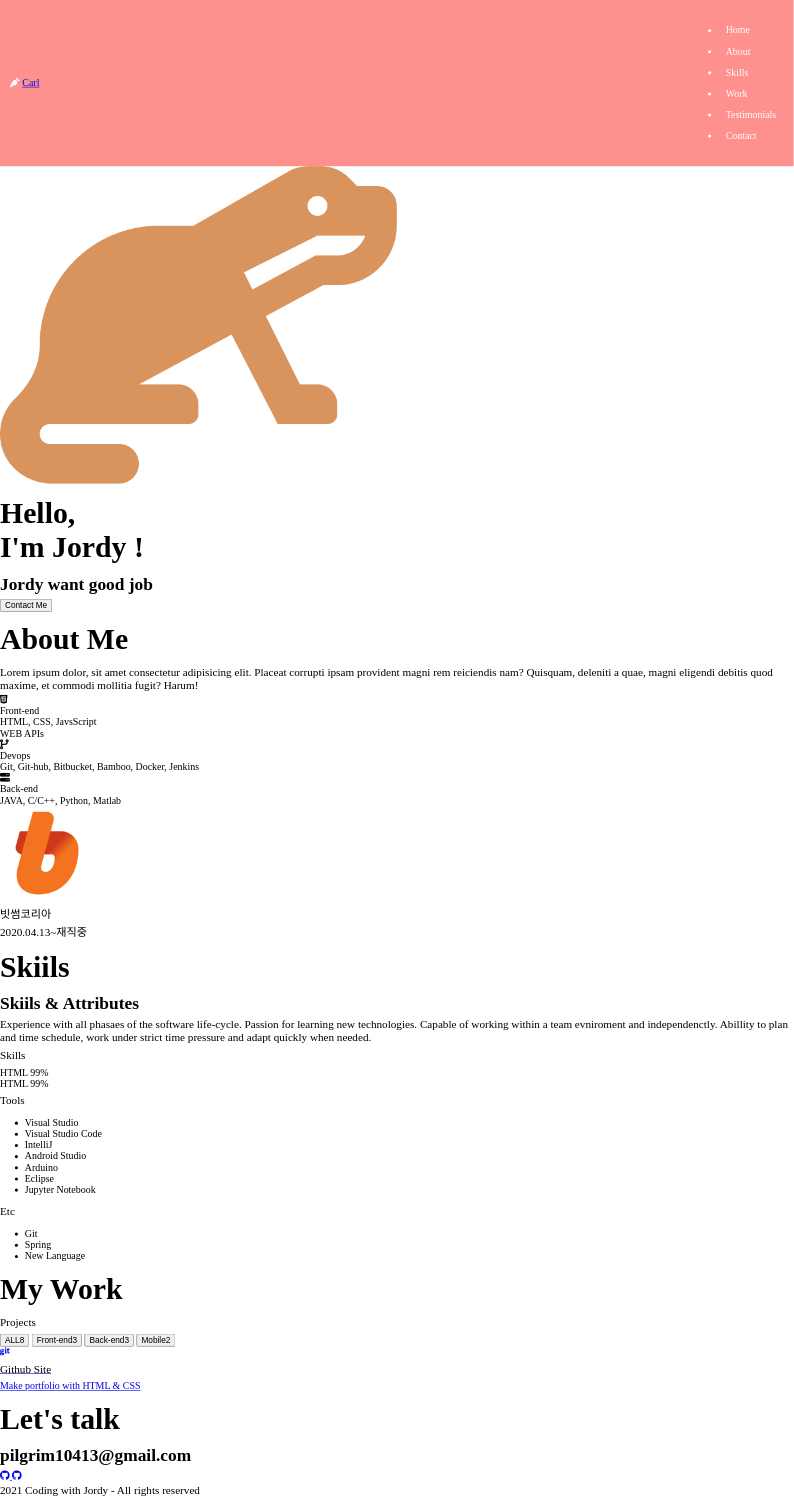
Repository: pilgrim13/Portfolio
Page: index.html
The author's editor kept a copy of each file at every save. The page is drawn from the files as they stood at one save, then again after the next save.
The browser window is 1280 px wide. The pictures show the whole page, at 62% of full size.
Some web libraries are served in a nearby version.

Above is the page before, as saved 2021-01-11 17:36:40.

### index.html
<!DOCTYPE html>
<html lang="en">
	<!-- Header -->
	<head>
		<meta charset="UTF-8" />
		<meta name="viewport" content="width=device-width, initial-scale=1.0" />
		<title>Carl's WAS</title>
		<meta name="description" content="test WAS" />
		<meta name="author" content="Carl" />
		<link rel="icon" type="image/png" href="imgs/carrot.png" />
		<script
			src="https://kit.fontawesome.com/453419e5ae.js"
			crossorigin="anonymous"
		></script>
		<link rel="preconnect" href="https://fonts.gstatic.com" />
		<link
			href="https://fonts.googleapis.com/css2?family=Open+Sans:wght@400;600;700&display=swap"
			rel="stylesheet"
		/>
		<!-- css -->
		<!-- font-family: 'Open Sans', sans-serif; -->
		<link rel="stylesheet" href="style.css" />
		<script src="main.js" defer></script>
	</head>
	<body>
		<!-- Navbar -->
		<nav id="navbar">
			<div class="navbar__logo">
				<i class="fas fa-carrot"></i>
				<a href="#">Carl</a>
			</div>
			<div class="navbar__menu">
				<ul>
					<li class="navbar__menu__item">Home</li>
					<li class="navbar__menu__item">About</li>
					<li class="navbar__menu__item">Skills</li>
					<li class="navbar__menu__item">Work</li>
					<li class="navbar__menu__item">Testimonials</li>
					<li class="navbar__menu__item">Contact</li>
				</ul>
			</div>
		</nav>

		<!-- Home -->
		<section id="home">
			<img
				src="imgs/otter-solid.png"
				alt="Carl's profile photo"
				class="home__avatar"
			/>
			<h1 class="home__title">Hello, <br />I'm Jordy !</h1>
			<h2 class="home__description">Jordy want good job</h2>
			<button class="home__contact">Contact Me</button>
		</section>

		<!-- About -->
		<section id="about">
			<h1>About Me</h1>
			<p>
				Lorem ipsum dolor, sit amet consectetur adipisicing elit. Placeat
				corrupti ipsam provident magni rem reiciendis nam? Quisquam, deleniti a
				quae, magni eligendi debitis quod maxime, et commodi mollitia fugit?
				Harum!
			</p>
			<div class="about__majors">
				<div class="major">
					<div class="major__icon">
						<i class="fab fa-html5"></i>
					</div>
					<div class="major__title">Front-end</div>
					<div class="major__description">
						HTML, CSS, JavsScript <br />WEB APIs
					</div>
				</div>
				<div class="major">
					<div class="major__icon">
						<i class="fas fa-code-branch"></i>
					</div>
					<div class="major__title">Devops</div>
					<div class="major__description">
						Git, Git-hub, Bitbucket, Bamboo, Docker, Jenkins
					</div>
				</div>
				<div class="major">
					<div class="major__icon">
						<i class="fas fa-server"></i>
					</div>
					<div class="major__title">Back-end</div>
					<div class="major__description">JAVA, C/C++, Python, Matlab</div>
				</div>
			</div>
			<!-- <i class="fas fa-mobile-alt"></i> -->
			<!-- <i class="fas fa-server"></i> -->
			<!-- <i class="fas fa-code-branch"></i> -->
			<div class="about__jobs">
				<div class="job">
					<img src="imgs/bithumb_logo.png" alt="bithumb" class="job__logo" />
					<p class="job__name">빗썸코리아</p>
					<p class="job__period">2020.04.13~재직중</p>
				</div>
			</div>
		</section>

		<!-- Skills -->
		<section id="skills">
			<h1>Skiils</h1>
			<h2>Skiils & Attributes</h2>
			<p>
				Experience with all phasaes of the software life-cycle. Passion for
				learning new technologies. Capable of working within a team evniroment
				and independenctly. Abillity to plan and time schedule, work under
				strict time pressure and adapt quickly when needed.
			</p>
			<div class="skillset">
				<div class="skillset__left">
					<h3 class="skillset__title">Skills</h3>
					<div class="skill">
						<div class="skill_description">
							<span>HTML</span>
							<span>99%</span>
						</div>
						<div class="skill__bar">
							<div class="skill_value"></div>
						</div>
					</div>
					<div class="skill">
						<div class="skill_description">
							<span>HTML</span>
							<span>99%</span>
						</div>
						<div class="skill__bar">
							<div class="skill_value"></div>
						</div>
					</div>
				</div>
				<div class="skillset__right">
					<div class="tools">
						<h3 class="skillset_title">Tools</h3>
						<ul class="tools__list">
							<li><span>Visual Studio</span></li>
							<li><span>Visual Studio Code</span></li>
							<li><span>IntelliJ</span></li>
							<li><span>Android Studio</span></li>
							<li><span>Arduino</span></li>
							<li><span>Eclipse</span></li>
							<li><span>Jupyter Notebook</span></li>
						</ul>
					</div>
					<div class="etc">
						<h3 class="skillset_title">Etc</h3>
						<ul class="etc__list">
							<li><span>Git</span></li>
							<li><span>Spring</span></li>
							<li><span>New Language</span></li>
						</ul>
					</div>
				</div>
			</div>
		</section>

		<!-- Work -->
		<section id="work">
			<h1>My Work</h1>
			<h3>Projects</h3>
			<div class="work__categories">
				<button class="category__btn">
					ALL<span class="category__count">8</span>
				</button>
				<button class="category__btn">
					Front-end<span class="category__count">3</span>
				</button>
				<button class="category__btn">
					Back-end<span class="category__count">3</span>
				</button>
				<button class="category__btn">
					Mobile<span class="category__count">2</span>
				</button>
			</div>

			<div class="work__projects">
				<a
					href="https://github.com/pilgrim13/Portfolio"
					class="project"
					target="blank"
				>
					<i class="fab fa-git project__img" alt="github"></i>
					<!-- TODO. Link -> Img change -->
					<!-- <img src="imgs/carrot.png" alt="github"> -->
					<div class="project__description">
						<h3>Github Site</h3>
						<span>Make portfolio with HTML & CSS</span>
					</div>
				</a>
			</div>
		</section>

		<!-- Testimonials -->
		<section class="testimonials"></section>

		<!-- Contact -->
		<section id="contact">
			<h1 class="contact__title">Let's talk</h1>
			<h2 class="contact__email">pilgrim10413@gmail.com</h2>
			<div class="contact__links">
				<a href="https://github.com/pilgrim13" target="_blank">
					<i class="fab fa-github"></i>
				</a>
				<a href="#" target="_blank">
					<i class="fab fa-github"></i>
				</a>
			</div>
			<p class="contact__rights">
				2021 Coding with Jordy - All rights reserved
			</p>
		</section>
	</body>
</html>

### style.css
/* Global */

:root {
	/* Color */
	--color-white: #ffffff;
	--color-light-white: #eeeeee;
	--color-dark-white: #bdbdbd;
	--color-pink: #fe918d;
	--color-dark-pink: #ff6863;
	--color-dark-grey: #4d4d4d;
	--color-grey: #616161;
	--color-light-grey: #7c7979;
	--color-blue: #73aace;
	--color-yellow: #fff7d1;
	--color-orange: #feb546;
	--color-black: #000000;

	/* Font size */
	--font-large: 48px;
	--font-medium: 28px;
	--font-regular: 18px;
	--font-small: 16px;
	--font-micro: 14px;

	/* Font weight */
	--weight-bold: 700;
	--weight-semi-bold: 600;
	--weight-regular: 400;

	/* Size */
	--margin-regular: 16px;
}

/* Universal Tags */
* {
	box-sizing: border-box;
}

/* Body */
body {
	margin: 0;
}

/* Typography */

h1 {
	font-size: var(--font-large);
	font-weight: var(--weight-bold);
	color: var(--color-black);
	margin: 16px 0px;
}

h2 {
	font-size: var(--font-medium);
	font-weight: var(--weight-semi-bold);
	color: var(--color-black);
	margin: 8px 0;
}

h3 {
	font-size: var(--font-regular);
	font-weight: var(--weight-regular);
	color: var(--color-black);
	margin: 8px 0;
}

p {
	font-size: var(--font-regular);
	font-weight: var(--weight-regular);
	color: var(--color-black);
	margin: 4px 0;
}

/* Navbar */
#navbar {
	display: flex;
	justify-content: space-between;
	background-color: var(--color-pink);
	align-items: center;
	color: var(--color-white);
	padding: var(--margin-regular);
}

.navbar__menu {
	display: flex;
}

.navbar__menu__item {
	padding: 8px 12px;
}

Loaded but not shown: main.js (no stored copy; drawn as an empty file)

After the next save:
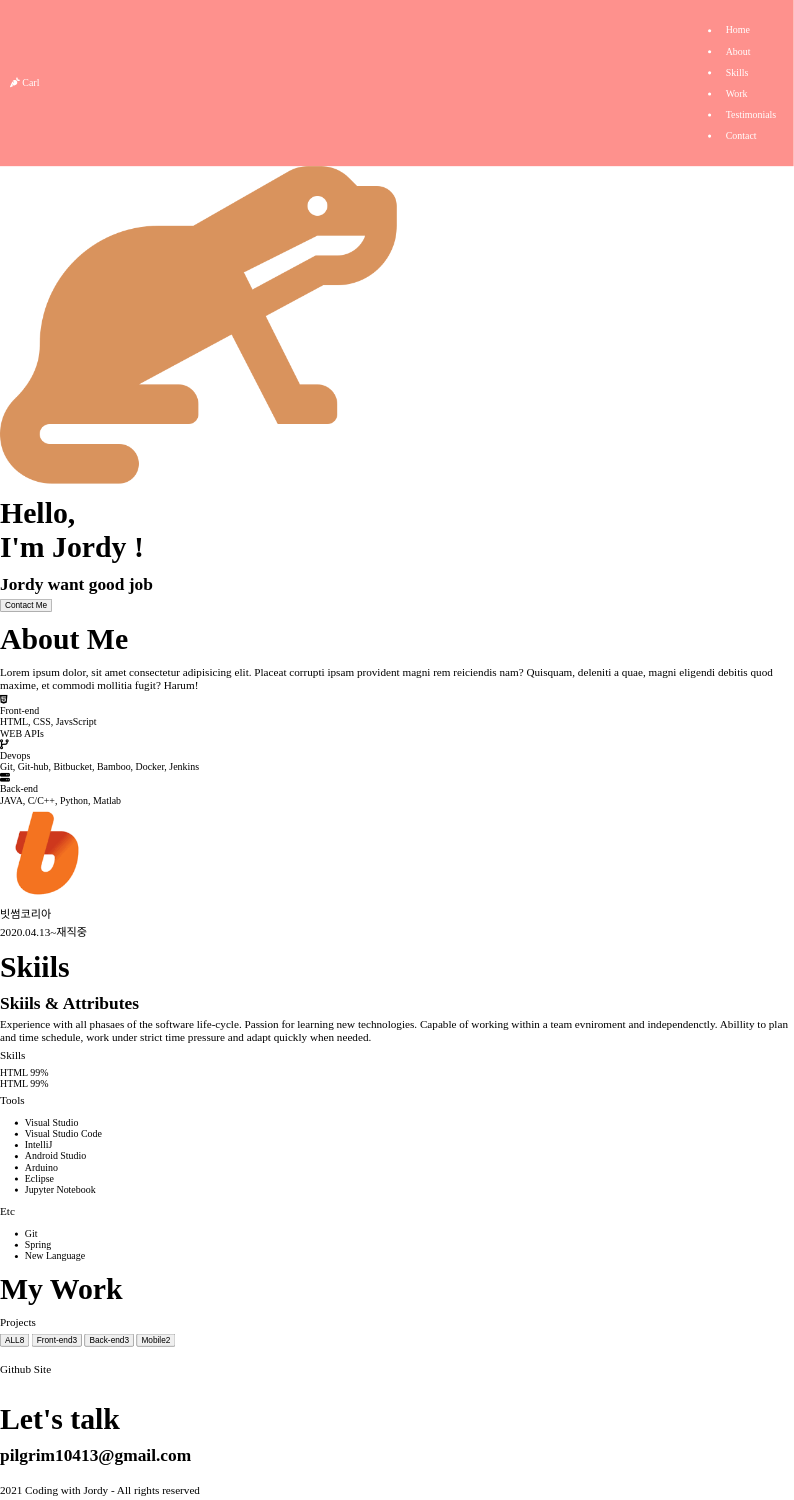
Saved 10 min 52 s later.
--- a/style.css
+++ b/style.css
@@ -36,9 +36,13 @@
 	box-sizing: border-box;
 }
 
-/* Body */
 body {
 	margin: 0;
+}
+
+a {
+	text-decoration: none;
+	color: var(--color-white);
 }
 
 /* Typography */
